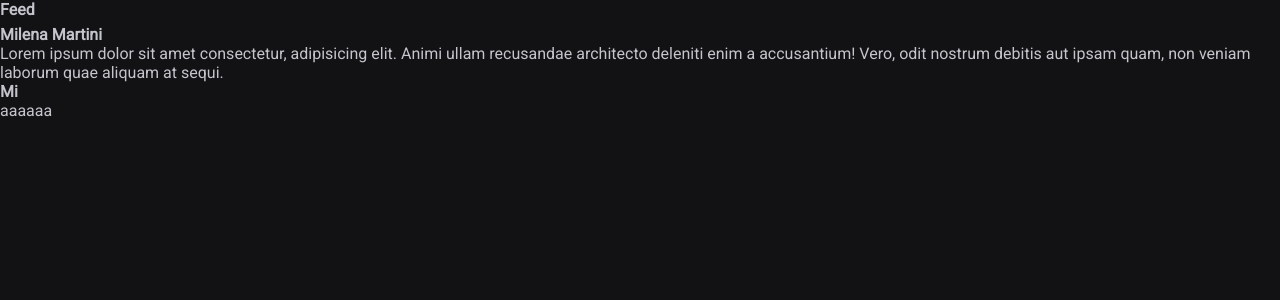
Repository: MilenaMartini/IgniteRckReactJs
Page: /
An editor plug-in stored every save of this project. The page is shown before and after a run of saves, followed by the edit.
The browser window is 1280 px wide. The pictures show the whole page.
The project was rebuilt for these pictures with package versions that can differ from the ones it lists, and the page was loaded fresh each time. Also part of the build but not shown: vite.config.js.

Above is the page before, as saved 2023-04-14 16:01:48.

### index.html
<!DOCTYPE html>
<html lang="en">
  <head>
    <meta charset="UTF-8" />
    <link rel="icon" type="image/svg+xml" href="/vite.svg" />
    <meta name="viewport" content="width=device-width, initial-scale=1.0" />
    <link rel="preconnect" href="https://fonts.googleapis.com">
<link rel="preconnect" href="https://fonts.gstatic.com" crossorigin>
<link href="https://fonts.googleapis.com/css2?family=Roboto:ital,wght@0,400;1,700&display=swap" rel="stylesheet">
    <title>Vite + React</title>
  </head>
  <body>
    <div id="root"></div>
    <script type="module" src="/src/main.jsx"></script>
  </body>
</html>

### src/App.jsx
import { Post } from "./Post"
import {Header} from "./components/Header"
import "./Global.css"

function App() {

  return (
    <div>
    <Header  />

   <Post
   author="Milena Martini"
   content="Lorem ipsum dolor sit amet consectetur, adipisicing elit. Animi ullam recusandae architecto deleniti enim a accusantium! Vero, odit nostrum debitis aut ipsam quam, non veniam laborum quae aliquam at sequi."
   />

   <Post
      author="Mi"
      content="aaaaaa"
    />
   </div>
  )
}
export default App

### src/Post.jsx
export function Post(props) {
  return (
  <div>
    <strong>{props.author}</strong>
    <p>{props.content}</p>
  </div>
    )
}

### src/components/Header.jsx
import React from "react";
import Style from './Header.module.css';

export function Header() {
  return(
  <header className={Style.header}>
    <strong >Feed</strong>
  </header>

  );
}

### src/Global.css
:root {
  --white: #ffffff;
  --gray-100: #e1e1e6;
  --gray-300: #c4c4cc;
  --gray-400: #8d8d99;
  --gray-600: #323238;
  --gray-700: #29292e;
  --gray-800: #202024;
  --gray-900: #121214;

  --green-500: #00875f;

}

*{
  margin: 0;
  padding: 0;
  box-sizing: border-box;
}

body{
  background: var(--gray-900);
  color: var(--gray-300);
  -webkit-font-smoothing: antialised;
}

body, input, textarea, button {
  font-family: 'Roboto', sans-serif;
  font-weight: 400;
  font-size: 1rem;
}

### src/components/Header.module.css
.header{
    background: var(--);
    height: 25px;
}

Loaded but not shown: src/main.jsx (common file)

After the next 4 saves:
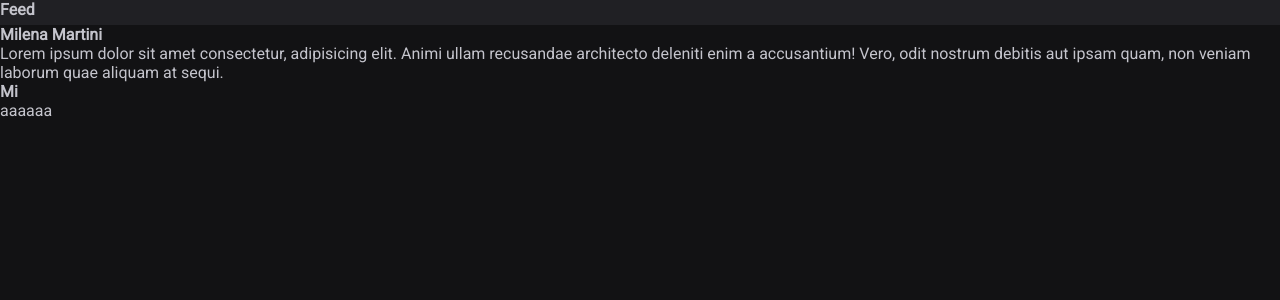
The 4 saves are shown as one change because they came seconds apart.
The last was saved 15 s later.
--- a/src/components/Header.module.css
+++ b/src/components/Header.module.css
@@ -1,4 +1,4 @@
 .header{
-    background: var(--);
+    background: var(--gray-800);
     height: 25px;
 }
